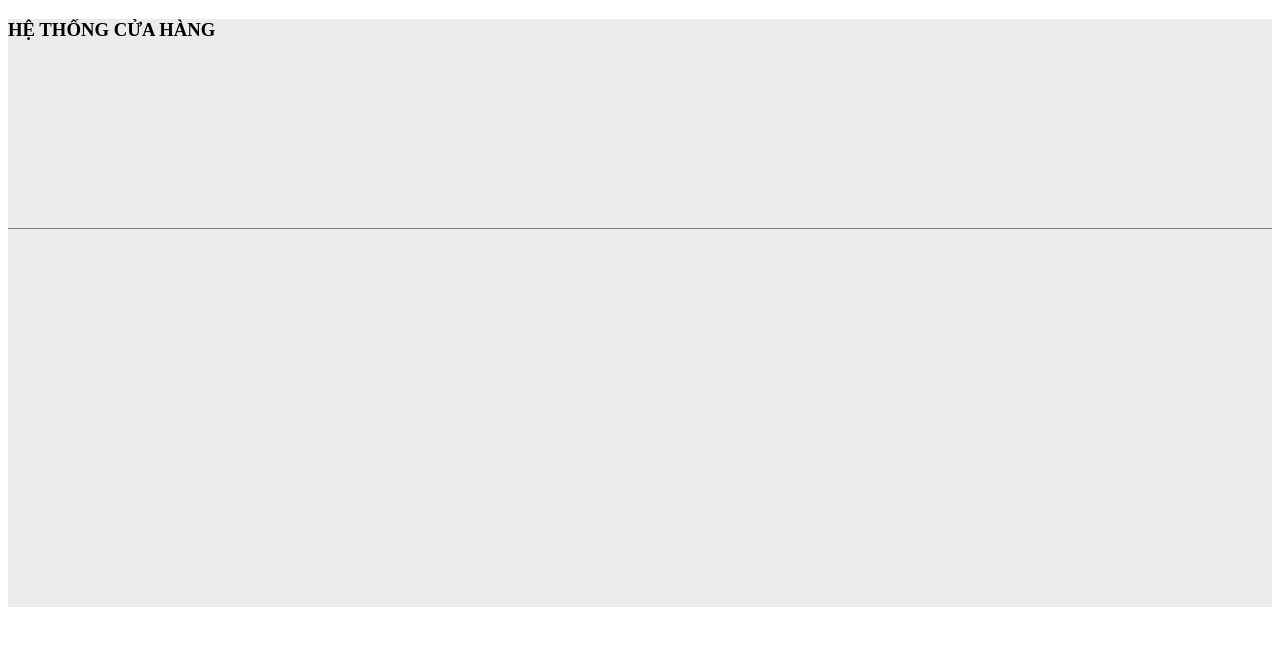
Repository: LongNguyen2504/T3H-FrondEnd
Page: lesson4_css_homework1.html
The author's editor kept a copy of each file at every save. The page is drawn from the files as they stood at one save, then again after the next save.
The browser window is 1280 px wide. The pictures show the whole page.

Above is the page before, as saved 2021-12-04 20:18:40.

After the next save:
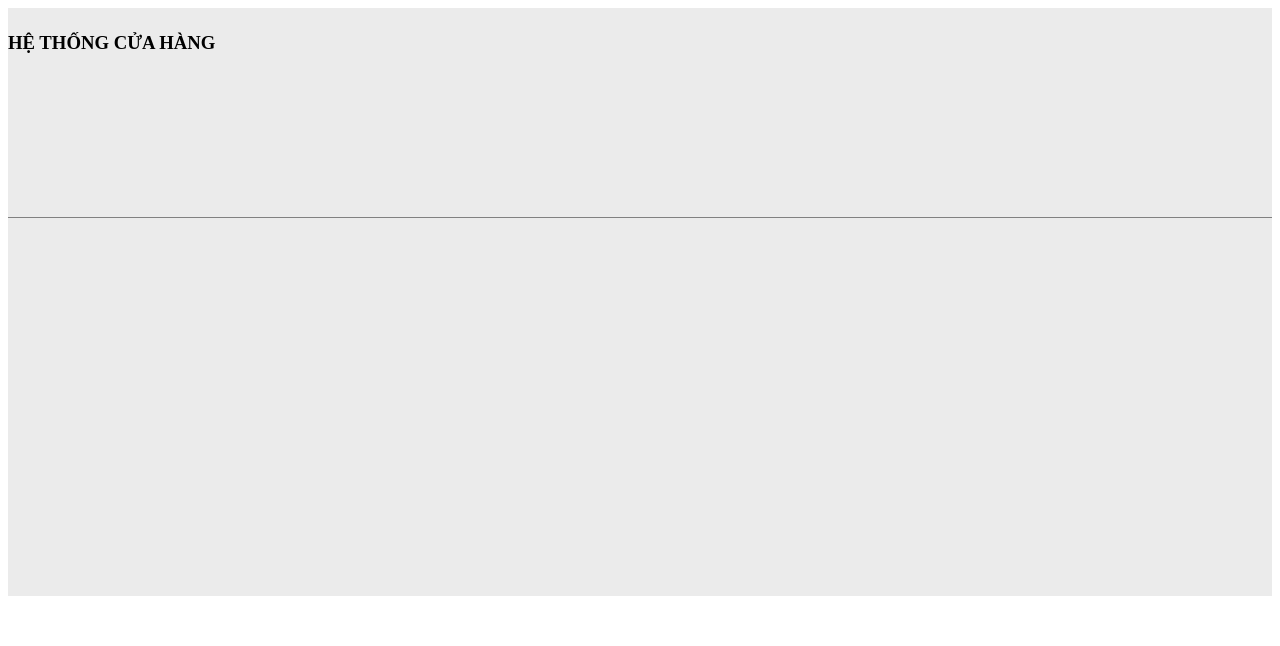
Saved 101 s later.
--- a/lesson4_css_homework1.css
+++ b/lesson4_css_homework1.css
@@ -11,6 +11,7 @@
     width: 100%;
     height: 210px;
     border-bottom: 1px solid gray;
+    position: relative;
 
 }
 .footer-div{
@@ -20,5 +21,6 @@
 .row-div{
     width: 70%;
     height: 200px;
-    margin-top: 10px;
+    position: absolute;
+    top: 5px;
 }
